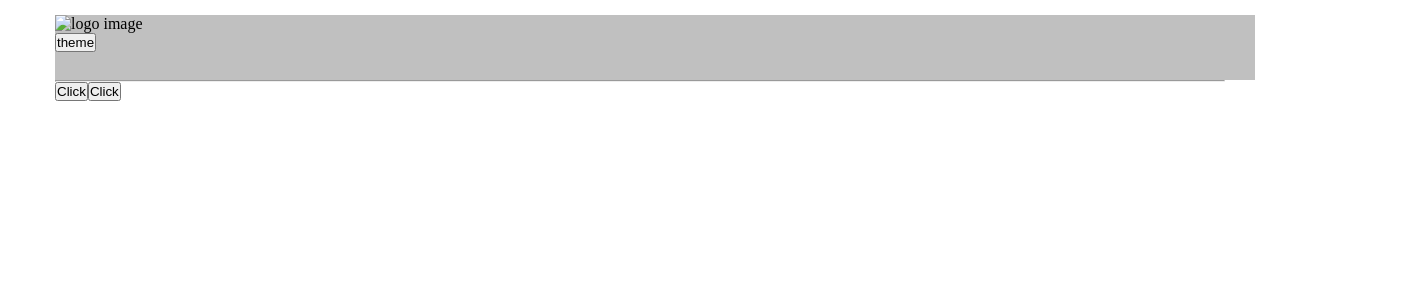
Repository: YuraKrvz/my_weather2
Page: /
The author's editor kept a copy of each file at every save. The page is drawn from the files as they stood at one save, then again after the next save.
The browser window is 1280 px wide. The page is 1280 px wide, then 1405 px, so the pictures cover 1405 px, including what lies to the right of the window. The pictures show the whole page.
The project was rebuilt for these pictures with package versions that can differ from the ones it lists, and the page was loaded fresh each time.

Above is the page before, as saved 2022-01-25 16:22:37.

After the next save:
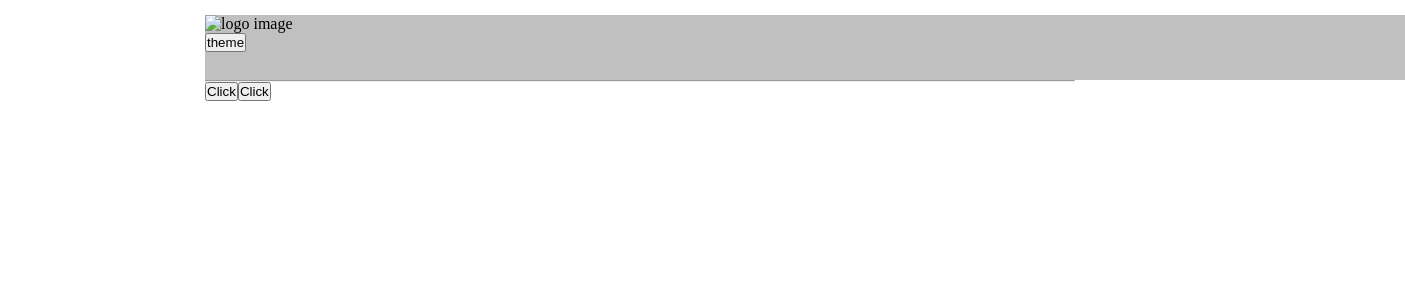
Saved 22 s later.
--- a/src/index.css
+++ b/src/index.css
@@ -4,7 +4,7 @@
   padding: 0;
 }
 .container{
-  max-width: 1200px;
+  max-width: 900px;
   margin: 0 auto;
   padding: 15px;
 }
